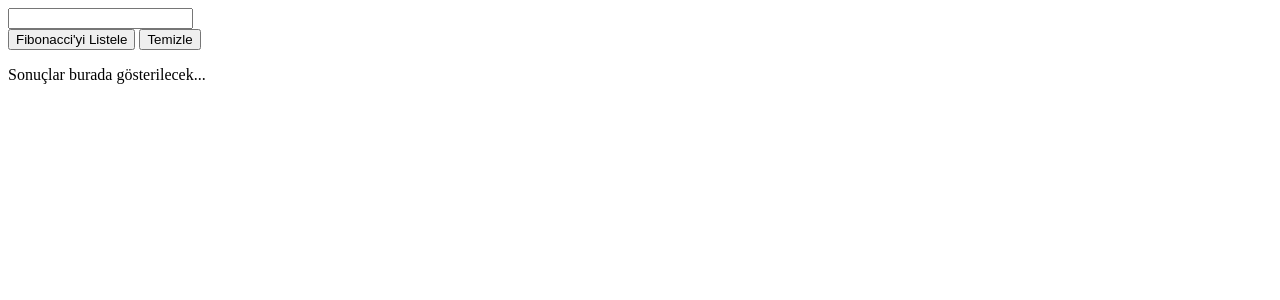
Repository: akifkerimgunsal/exercises-from-csharp-js-and-sqlqueries
Page: Javascript Beginner Exercises/4-fibonacci/public/fibonacci.html
These files come from the project's save history. The page is drawn as it stood at one moment and after the next save; the edit follows.
The browser window is 1280 px wide. The pictures show the whole page.

Above is the page before, as saved 2024-02-11 15:29:35.

### Javascript Beginner Exercises/4-fibonacci/public/fibonacci.html
<!DOCTYPE html>
<html>
<head>
	<meta charset="UTF-8">
	<title>Insert title here</title>
	<script type="text/javascript" src="fibonacci.js"></script>
</head>
<body oninput="sayfaYukle()">
	<input id="input1" type="text" oninput="veriGirisi()" >
	<br>
	<button type="button" onclick="listele()"> Fibonacci'yi Listele</button>
	<button id="buton2" type="button" onclick="temizle()"> Temizle</button>
	<p id="p1"> Sonuçlar burada gösterilecek...</p>
</body>
</html>

### Javascript Beginner Exercises/4-fibonacci/public/fibonacci.js
/**
 *
 */
const bilgiSatiri = "Sonuçlar burada gösterilecek...";

function listele(){

}

function sayfaYukle(){
	document.getElementById(p1).innerHTML = bilgiSatiri;
	document.getElementById(buton2).disabled = true;
}


function veriGirisi(){
	if(document.getElementById(buton2).disabled){
		document.getElementById(buton2).disabled = false;
	}
}

function temizle(){
	 document.getElementById("input1").value = "";
	 document.getElementById("p1").innerHTML = bilgiSatiri;
	 document.getElementById("buton2").disabled = true;
}

After the next save:
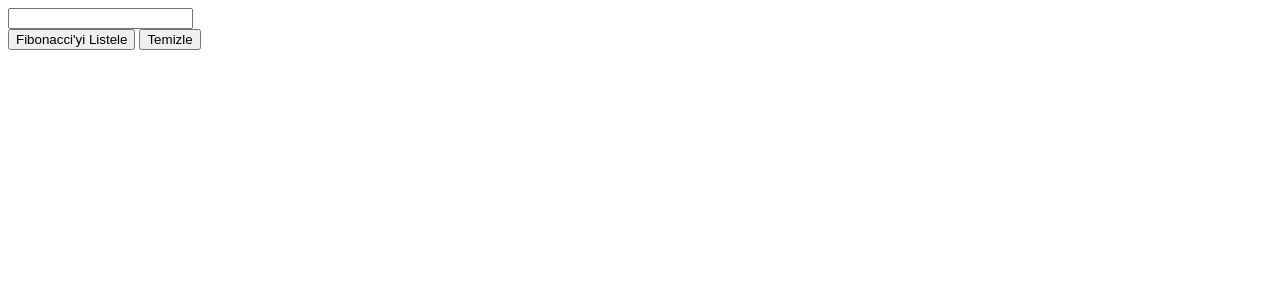
Console error: TypeError: Cannot set properties of null (setting 'innerHTML')
Saved 2 min 4 s later.
--- a/Javascript Beginner Exercises/4-fibonacci/public/fibonacci.html
+++ b/Javascript Beginner Exercises/4-fibonacci/public/fibonacci.html
@@ -5,11 +5,11 @@
 	<title>Insert title here</title>
 	<script type="text/javascript" src="fibonacci.js"></script>
 </head>
-<body oninput="sayfaYukle()">
+<body onload="sayfaYukle()">
 	<input id="input1" type="text" oninput="veriGirisi()" >
 	<br>
 	<button type="button" onclick="listele()"> Fibonacci'yi Listele</button>
 	<button id="buton2" type="button" onclick="temizle()"> Temizle</button>
-	<p id="p1"> Sonuçlar burada gösterilecek...</p>
+	<p id="p1"></p>
 </body>
 </html>

After the 6 saves that followed:
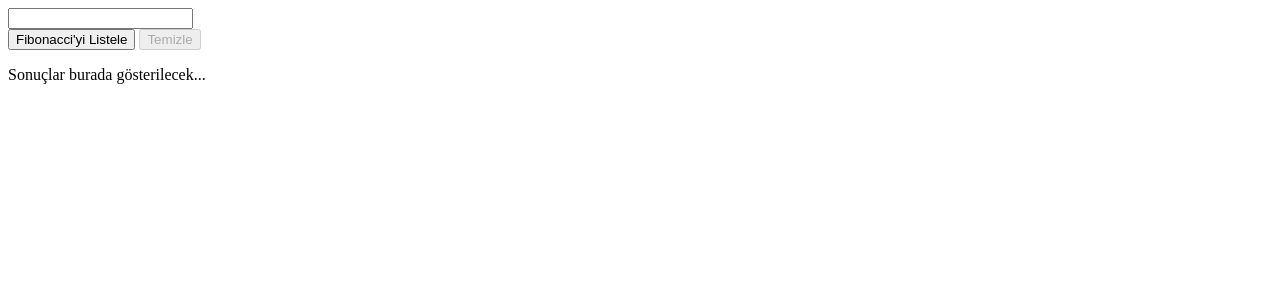
The error is gone.
The 6 saves are shown as one change because 5 left the picture as it was.
The last was saved 13 min 31 s later.
--- a/Javascript Beginner Exercises/4-fibonacci/public/fibonacci.html
+++ b/Javascript Beginner Exercises/4-fibonacci/public/fibonacci.html
@@ -5,11 +5,12 @@
 	<title>Insert title here</title>
 	<script type="text/javascript" src="fibonacci.js"></script>
 </head>
-<body onload="sayfaYukle()">
-	<input id="input1" type="text" oninput="veriGirisi()" >
+
+<body onload="sayfaYukle();">
+	<input id="input1" type="text" oninput="veriGirisi();" >
 	<br>
-	<button type="button" onclick="listele()"> Fibonacci'yi Listele</button>
-	<button id="buton2" type="button" onclick="temizle()"> Temizle</button>
+	<button id="buton1" type="button" onclick="listele();"> Fibonacci'yi Listele</button>
+	<button id="buton2" type="button" onclick="temizle();"> Temizle</button>
 	<p id="p1"></p>
 </body>
 </html>
--- a/Javascript Beginner Exercises/4-fibonacci/public/fibonacci.js
+++ b/Javascript Beginner Exercises/4-fibonacci/public/fibonacci.js
@@ -3,20 +3,39 @@
  */
 const bilgiSatiri = "Sonuçlar burada gösterilecek...";
 
-function listele(){
-
+function sayfaYukle(){
+	document.getElementById("p1").innerHTML = bilgiSatiri;
+	document.getElementById("buton2").disabled = true;
 }
 
-function sayfaYukle(){
-	document.getElementById(p1).innerHTML = bilgiSatiri;
-	document.getElementById(buton2).disabled = true;
+function veriGirisi(){
+	if( document.getElementById("buton2").disabled ){
+		document.getElementById("buton2").disabled = false;
+	}
 }
 
+function listele(){
+	var sayiAdedi = ~~document.getElementById("input1").value;
+	var ikiOnce, birOnce, Fibonacci;
+	var geciciDizgi ="";
+	var donguDenetim;
 
-function veriGirisi(){
-	if(document.getElementById(buton2).disabled){
-		document.getElementById(buton2).disabled = false;
+	if(sayiAdedi < 3)
+		alert("2'den fazla sayı giriniz. İlk iki Fibonacci sayısı: 1,1'dir.")
+	else{
+		geciciDizgi = "İlk" + sayiAdedi + "adet Fibonacci sayısı: 1,1";
+		ikiOnce = 1;
+		birOnce = 1;
+
+		for(donguDenetim = 0; donguDenetim < sayiAdedi - 2; donguDenetim++){
+			Fibonacci = birOnce+ikiOnce;
+			ikiOnce = birOnce;
+			birOnce = Fibonacci;
+			geciciDizgi = geciciDizgi + "," + Fibonacci;
+		}
+		document.getElementById("p1").innerHTML = geciciDizgi;
 	}
+
 }
 
 function temizle(){
